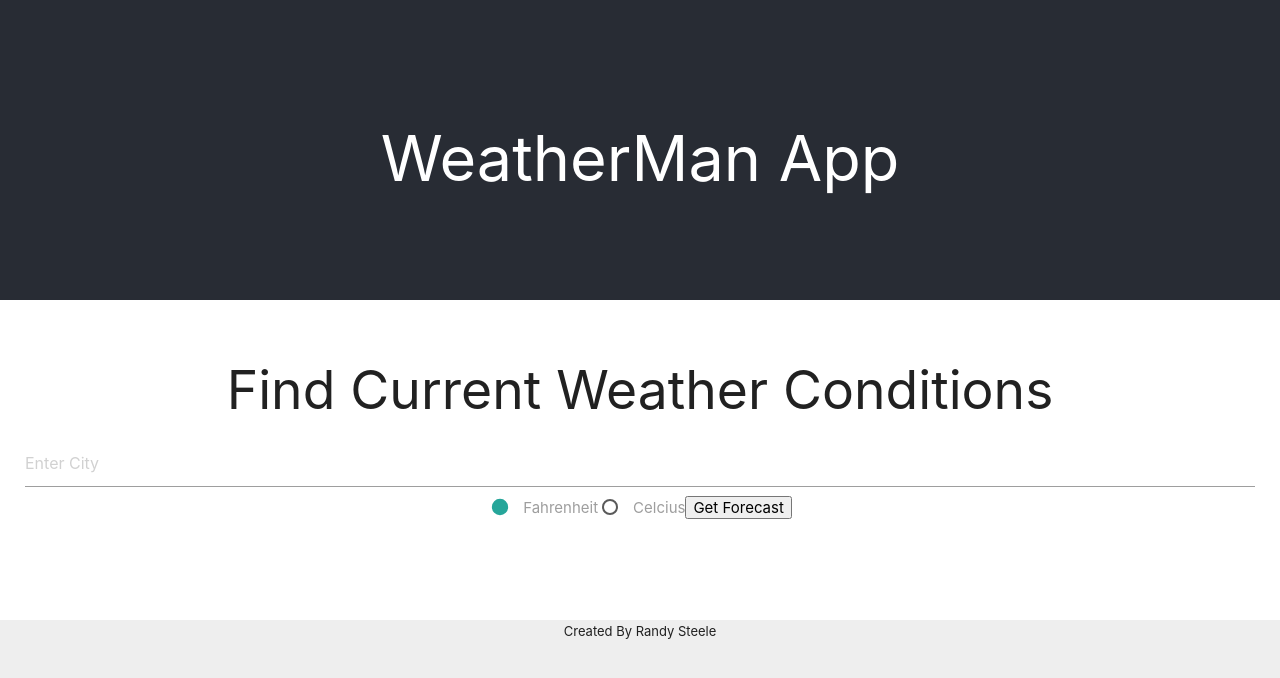
Repository: randysteele/weatherman
Page: /
These files come from the project's save history. The page is drawn as it stood at one moment and after the next save; the edit follows.
The browser window is 1280 px wide. The pictures show the whole page.
The project was rebuilt for these pictures with package versions that can differ from the ones it lists, and the page was loaded fresh each time.

Above is the page before, as saved 2021-02-01 17:01:34.

### public/index.html
<!DOCTYPE html>
<html lang="en">
  <head>
    <meta charset="utf-8" />
    <link rel="icon" href="%PUBLIC_URL%/favicon.ico" />
    <meta name="viewport" content="width=device-width, initial-scale=1" />
    <meta name="theme-color" content="#000000" />
    <meta
      name="description"
      content="Web site created using create-react-app"
    />
    <link rel="apple-touch-icon" href="%PUBLIC_URL%/logo192.png" />
    <link href="https://fonts.googleapis.com/icon?family=Material+Icons" rel="stylesheet">
    <!--
      manifest.json provides metadata used when your web app is installed on a
      user's mobile device or desktop. See https://developers.google.com/web/fundamentals/web-app-manifest/
    -->
    <link rel="manifest" href="%PUBLIC_URL%/manifest.json" />
    <!--
      Notice the use of %PUBLIC_URL% in the tags above.
      It will be replaced with the URL of the `public` folder during the build.
      Only files inside the `public` folder can be referenced from the HTML.

      Unlike "/favicon.ico" or "favicon.ico", "%PUBLIC_URL%/favicon.ico" will
      work correctly both with client-side routing and a non-root public URL.
      Learn how to configure a non-root public URL by running `npm run build`.
    -->
    <title>Weatherman</title>
  </head>
  <body>
    <noscript>You need to enable JavaScript to run this app.</noscript>
    <div id="root"></div>
    <!--
      This HTML file is a template.
      If you open it directly in the browser, you will see an empty page.

      You can add webfonts, meta tags, or analytics to this file.
      The build step will place the bundled scripts into the <body> tag.

      To begin the development, run `npm start` or `yarn start`.
      To create a production bundle, use `npm run build` or `yarn build`.
    -->
  </body>
</html>

### src/App.js
import './App.css';
import Forecast from './components/Forecast'
import 'materialize-css/dist/css/materialize.min.css';

function App() {
  return (
    <div className="App">
      <header className="App-header">
        <h1> WeatherMan App</h1>
      </header>
      <main>
       <Forecast />
      </main>
      <footer> Created By Randy Steele
      </footer>
    </div>
  );
}

export default App;

### src/App.css
.App {
  display: flex;
  flex-direction: column;
  min-height: 100vh;
}

.App-logo {
  height: 40vmin;
  pointer-events: none;
}

@media (prefers-reduced-motion: no-preference) {
  .App-logo {
    animation: App-logo-spin infinite 20s linear;
  }
}

.App-header {
  background-color: #282c34;
  min-height: 300px;
  display: flex;
  flex-direction: column;
  align-items: center;
  justify-content: center;
  font-size: calc(10px + 2vmin);
  color: white;
}

.App-link {
  color: #61dafb;
}

@keyframes App-logo-spin {
  from {
    transform: rotate(0deg);
  }
  to {
    transform: rotate(360deg);
  }
}
main {
  flex-grow: 1;
  text-align: center;
  padding: 25px;
}
footer {
  padding: 2px;
  min-height: 100px;
  display: flex;
  flex-direction: column;
  justify-content: center;
  background: #EEEEEE;
  font-size: small;
  text-align: center;
}
header {
  padding: 25px;
}

### src/components/Forecast.js
import React, { useState } from 'react';
import Conditions from '../components/Conditions';

const Forecast = () => {
    let [responseObj, setResponseObj] = useState({});
    let [city, setCity] = useState('');
    let [unit, setUnit] = useState('imperial');

    const uriEncodedCity = encodeURIComponent(city);


    function getForecast(e) {
        e.preventDefault();


         fetch(`https://community-open-weather-map.p.rapidapi.com/weather?units=${unit}&q=${uriEncodedCity}`, {
            "method": "GET",
            "headers": {
              "x-rapidapi-key": "7b02074c19mshedbbe70e8fd2ae2p163b20jsne2411a44c687",
	          "x-rapidapi-host": "community-open-weather-map.p.rapidapi.com"
        }
    })
    .then(response => response.json())
    .then(response => {
        setResponseObj(response)
    });
}

    return (
        <div>
           <h2>Find Current Weather Conditions</h2>
           <form onSubmit={getForecast}>
                <input
                    type="text"
                    placeholder="Enter City"
                    maxLength="50"
                    value={city}
                    onChange={(e) => setCity(e.target.value)}
                    />
                <label>
                    <input className ="imperial" checked
                        type="radio"
                        name="units"
                        checked={unit === "imperial"}
                        value="imperial"
                        onChange={(e) => setUnit(e.target.value)}
                        />
                        <span>Fahrenheit</span>

                </label>
                <label>
                    <input className="metric"
                        type="radio"
                        name="units"
                        checked={unit === "metric"}
                        value="metric"
                        onChange={(e) => setUnit(e.target.value)}
                        />
                    <span>Celcius</span>
                </label>
                <button type="submit">Get Forecast</button>
            </form>
           <Conditions
               responseObj={responseObj}
               />
       </div>
    )}

export default Forecast;

### src/components/Conditions.js
import React from 'react';
const conditions = (props) => {
   return (
       <div>
           {props.responseObj.cod === 200 ?
               <div>
                   <p><strong>{props.responseObj.name}</strong></p>
                   <p>It is currently {Math.round(props.responseObj.main.temp)} degrees out with <br></br>{props.responseObj.weather[0].description}.</p>
               </div>
           : null
           }
       </div>
   )
}
export default conditions;

Loaded but not shown: src/index.js (common file); src/index.css (common file); src/reportWebVitals.js (common file)

After the next save:
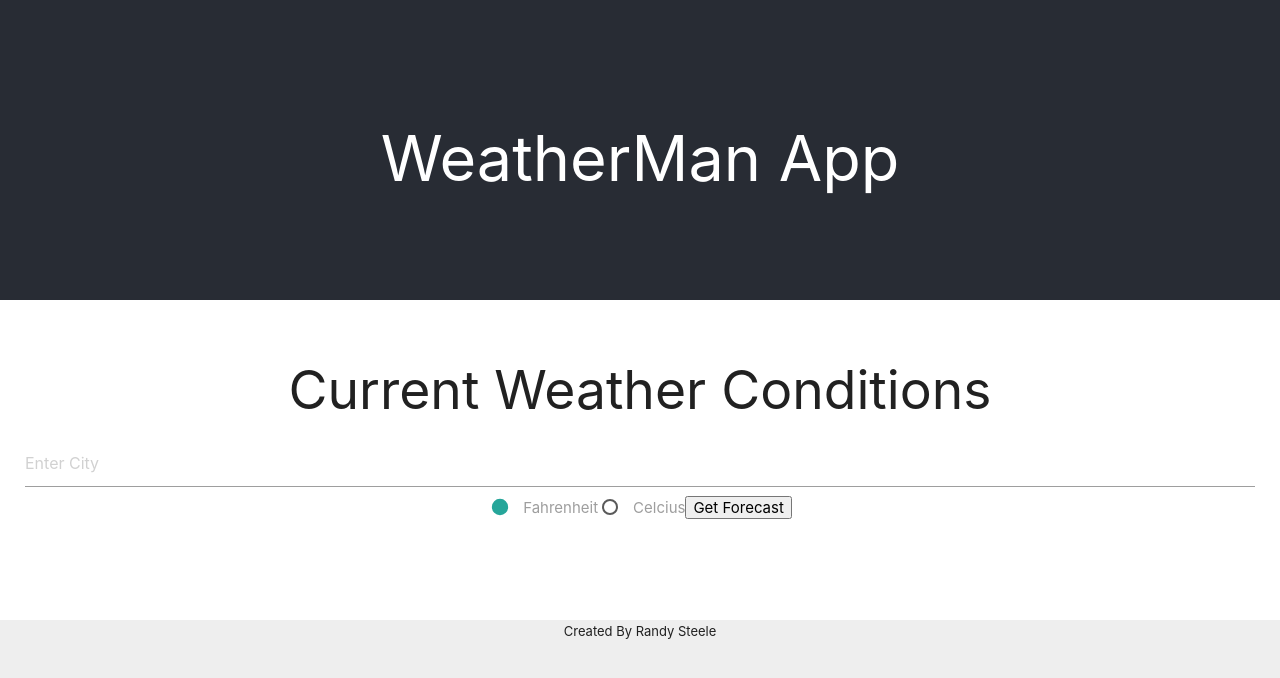
Saved 49 min 4 s later.
--- a/src/components/Forecast.js
+++ b/src/components/Forecast.js
@@ -28,7 +28,7 @@
 
     return (
         <div>
-           <h2>Find Current Weather Conditions</h2>
+           <h2>Current Weather Conditions</h2>
            <form onSubmit={getForecast}>
                 <input
                     type="text"
